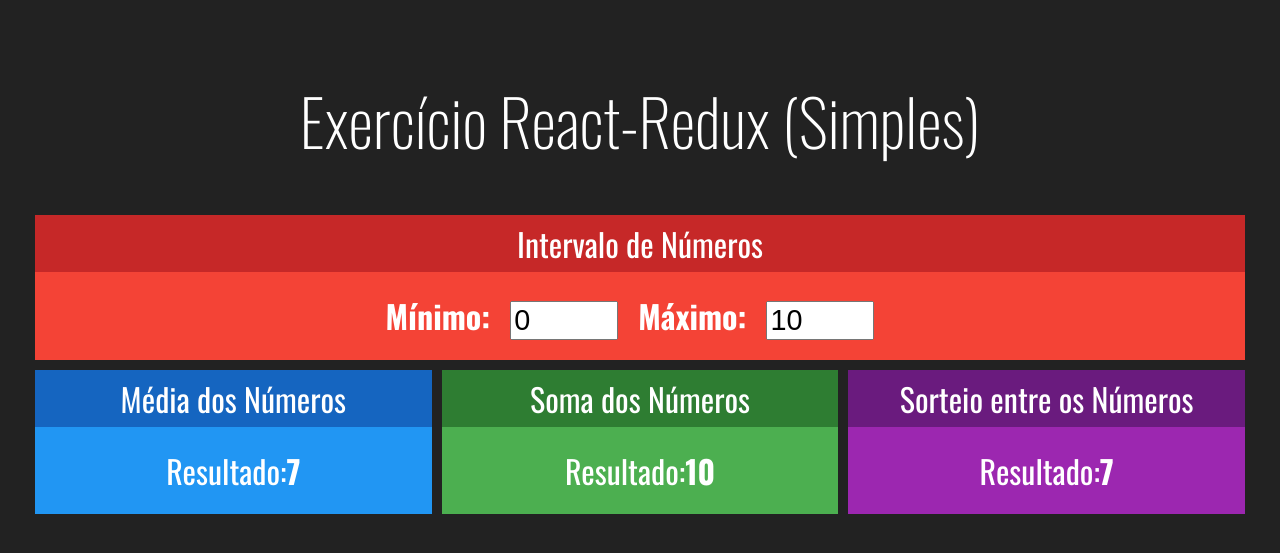
Repository: WellysonP/testando-react-redux
Page: /
These files come from the project's save history. The page is drawn as it stood at one moment and after the next save; the edit follows.
The browser window is 1280 px wide. The pictures show the whole page.
The project was rebuilt for these pictures with package versions that can differ from the ones it lists, and the page was loaded fresh each time.

Above is the page before, as saved 2023-01-13 11:59:55.

After the next save:
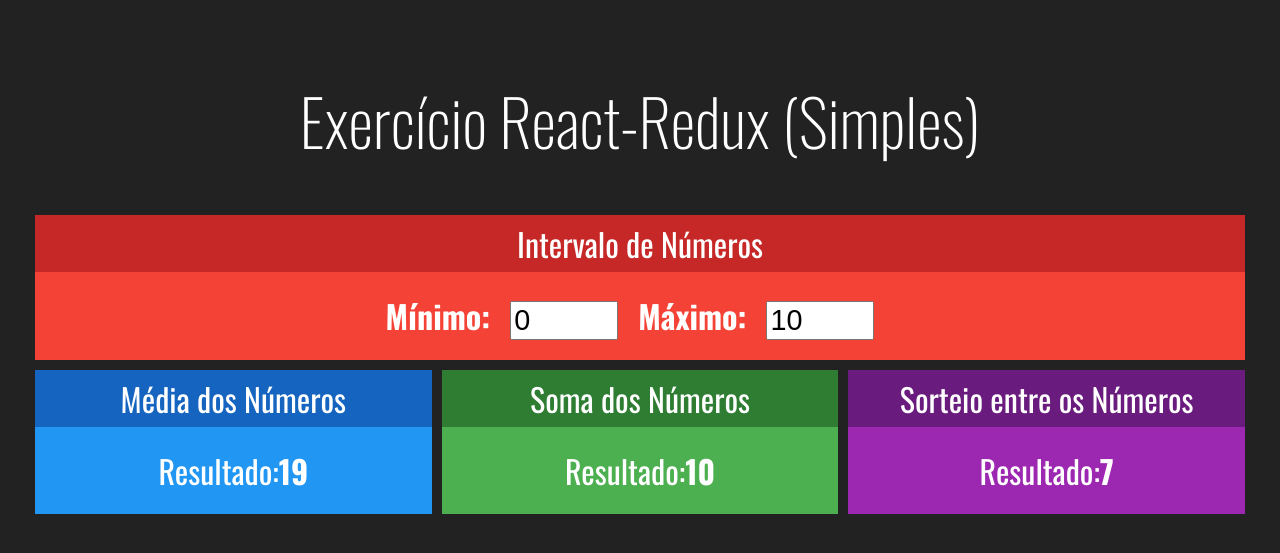
Saved 21 s later.
--- a/src/components/Media.jsx
+++ b/src/components/Media.jsx
@@ -8,7 +8,7 @@ const Media = props => {
             <div>
                 <span>
                     <span>Resultado:</span>
-                    <strong>{min}</strong>
+                    <strong>{(min + max)/2}</strong>
                 </span>
             </div>
         </Card>
